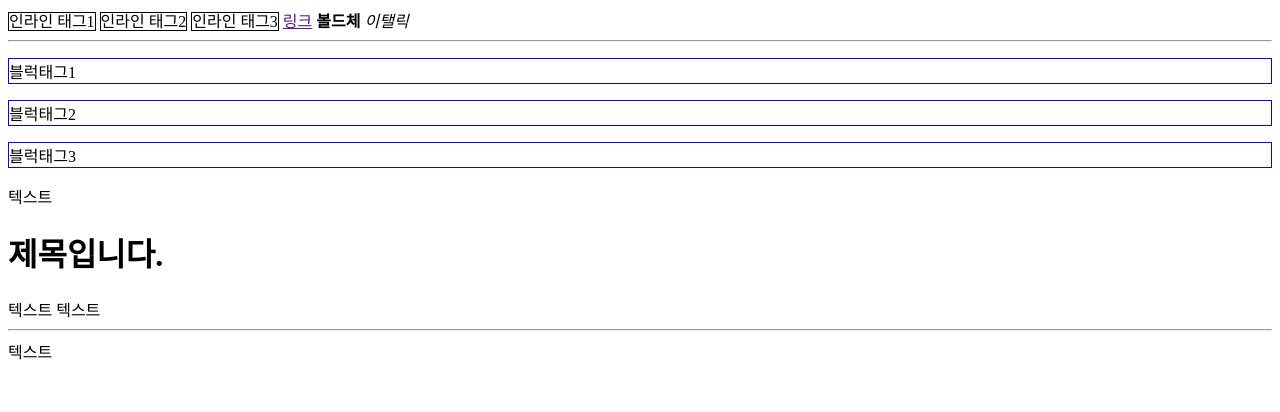
Repository: dnjs0/HCJ
Page: ClientTest/src/main/webapp/ex13_tag.html
The author's editor kept a copy of each file at every save. The page is drawn from the files as they stood at one save, then again after the next save.
The browser window is 1280 px wide. The pictures show the whole page.

Above is the page before, as saved 2025-02-11 05:24:53.

After the next save:
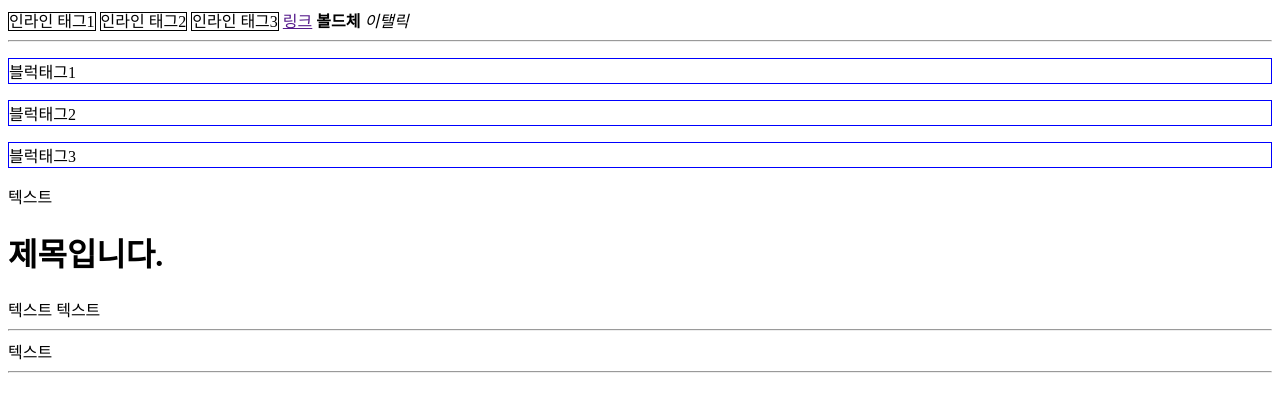
Saved 54 s later.
--- a/ClientTest/src/main/webapp/ex13_tag.html
+++ b/ClientTest/src/main/webapp/ex13_tag.html
@@ -62,5 +62,13 @@
      텍스트
 
 
+     <hr>
+
+
+     <!-- division : 영역태그 -->
+     <div>
+
+     </div>
+
 </body>
 </html>
